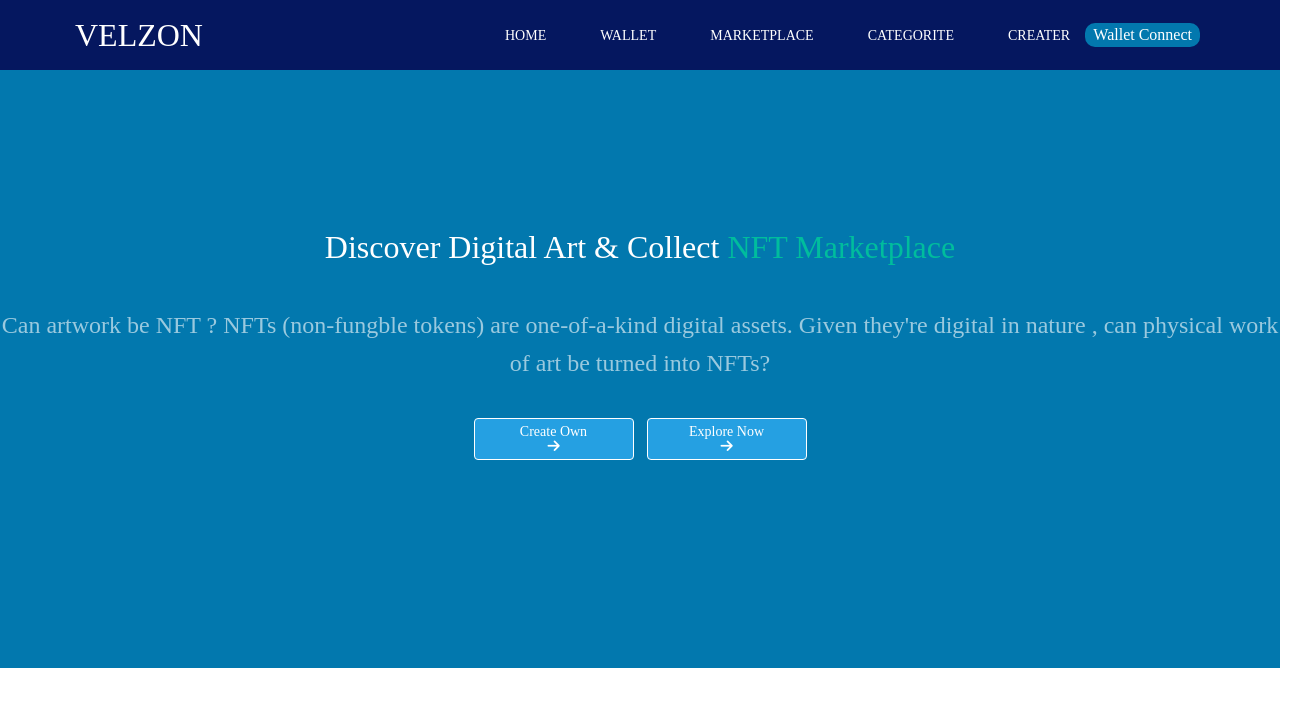
Repository: HuynhDuc23/Webvideodesgin
Page: index.html
An editor plug-in stored every save of this project. The page is shown before and after the next save, followed by the edit.
The browser window is 1280 px wide. The page is 1293 px wide, so the pictures cover 1293 px, including what lies to the right of the window. The pictures show the whole page.
The style sheet was rebuilt from its Sass, Less or Tailwind sources for each picture, by a compiler version that may differ from the author's.

Above is the page before, as saved 2023-04-25 12:40:09.

After the next save:
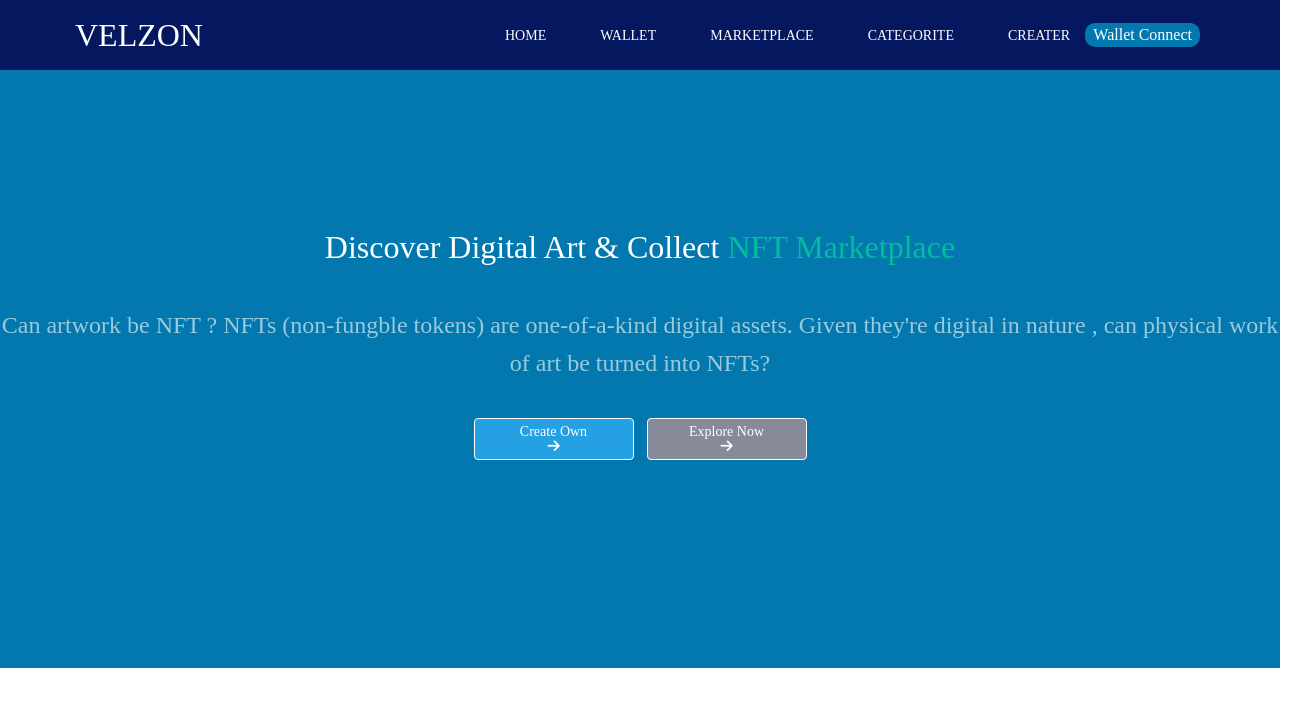
Saved 10 s later.
--- a/index.html
+++ b/index.html
@@ -41,7 +41,7 @@
                          <i class="fa-solid fa-arrow-right"></i>
                         </div>
                      </div>
-                     <div class="button">
+                     <div class="button" style="background-color: #878a99;">
                          <div class="button__1">Explore Now
                           <i class="fa-solid fa-arrow-right"></i>
                          </div>
